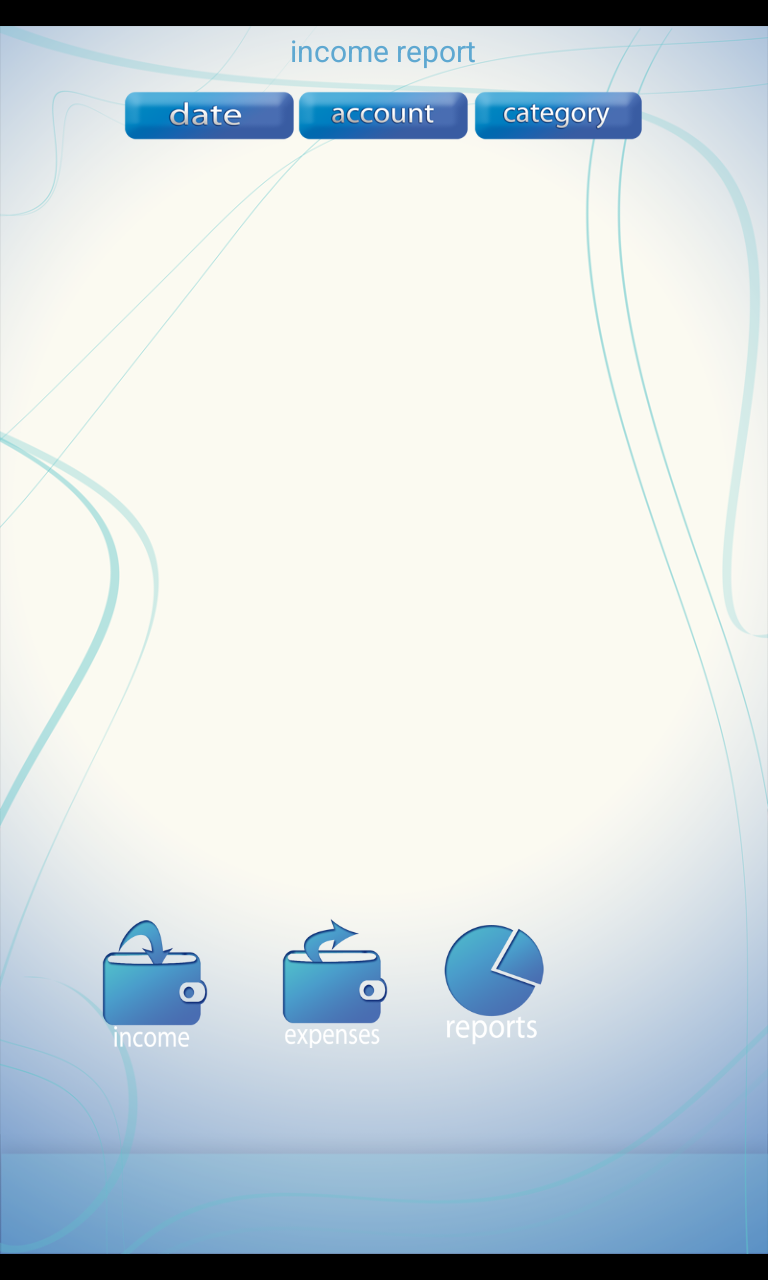
Repository: marlon-rodrigues/Nummus_Android
Layout: Nummus/res/layout/reports_screen.xml
These files come from the project's save history. The layout is drawn as it stood at one moment and after the next save; the edit follows.
It is drawn on a 768 x 1280 px phone screen (xhdpi) without system bars, with theme AppTheme; the app's code is not run. Lists and similar views that code fills are empty.

Above is the layout before, as saved 2012-08-21 15:48:04.

After the next save:
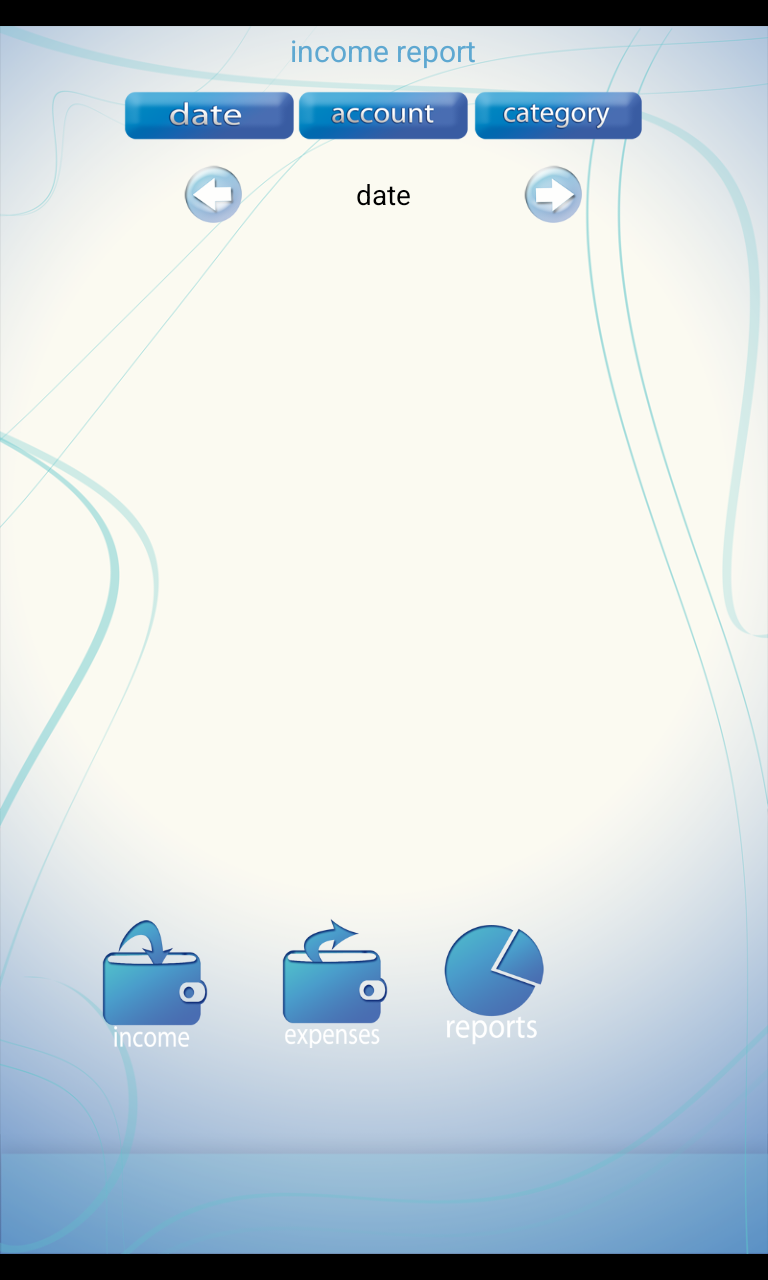
Saved 8 s later.
--- a/Nummus/res/layout/reports_screen.xml
+++ b/Nummus/res/layout/reports_screen.xml
@@ -394,7 +394,7 @@
 		    android:layout_height="370dp"
 		    android:layout_below="@+id/titelReportScreen"
 		    android:layout_centerHorizontal="true"
-		    android:visibility="invisible"
+		    android:visibility="visible"
 		    android:layout_marginTop="40dp">
 				<Button
 				    android:id="@+id/buttonLeftArrowDateExpenses"
